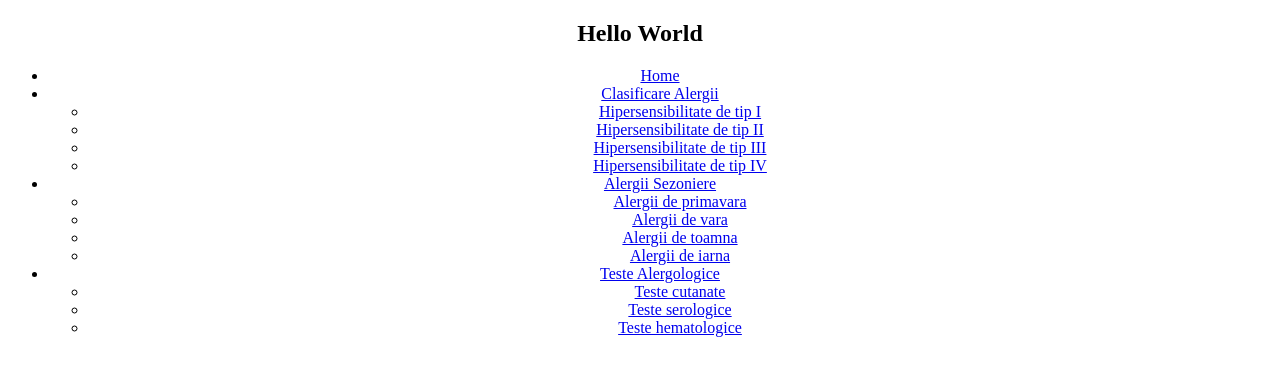
Repository: kytestar39/TicketEventService
Page: http://localhost/Tickets/
These files come from the project's save history. The page is drawn as it stood at one moment and after the next save; the edit follows.
The browser window is 1280 px wide. The pictures show the whole page.
The page is served by Tomcat 9. Other server files are loaded and not shown.

Above is the page before, as saved 2017-05-28 17:43:10.

### Tickets/src/main/webapp/index.jsp
<%@ page language="java" contentType="text/html; charset=ISO-8859-1"

pageEncoding="ISO-8859-1"%>
<!DOCTYPE html PUBLIC "-//W3C//DTD HTML 4.01 Transitional//EN" "http://www.w3.org/TR/html4/loose.dtd">
<html>
<head>
<meta http-equiv="Content-Type" content="text/html; charset=ISO-8859-1">
<title>Spring 4 MVC - HelloWorld Index Page</title>
</head>
<body>

	<center>
		<h2>Hello World</h2>
		<div class="center">
									<ul class="dropDownMenu">
										<li><a href="homeUser.html">Home</a></li>
										<li><a href="#" >Clasificare Alergii</a>
											<ul>
												<li><a href="Clasif-alerg-tip-1.html">Hipersensibilitate de tip I</a></li>
											    <li><a href="Clasif-alerg-tip-2.html">Hipersensibilitate de tip II</a></li>
											    <li><a href="Clasif-alerg-tip-3.html">Hipersensibilitate de tip III</a></li>
												<li><a href="Clasif-alerg-tip-4.html">Hipersensibilitate de tip IV</a></li>
											</ul>
										</li>
										<li><a href="#">Alergii Sezoniere</a>
											<ul>
												<li><a href="#">Alergii de primavara</a></li>
												<li><a href="#">Alergii de vara</a></li>
												<li><a href="#">Alergii de toamna</a></li>
												<li><a href="#">Alergii de iarna</a></li>
											</ul>
										</li>
										<li><a href="#">Teste Alergologice</a>
											<ul>
												<li><a href="#">Teste cutanate</a></li>
												<li><a href="#">Teste serologice</a></li>
												<li><a href="#">Teste hematologice</a></li>
											</ul>
										</li>
									</ul>
								</div>

	</center>
</body>
</html>

After the next save:
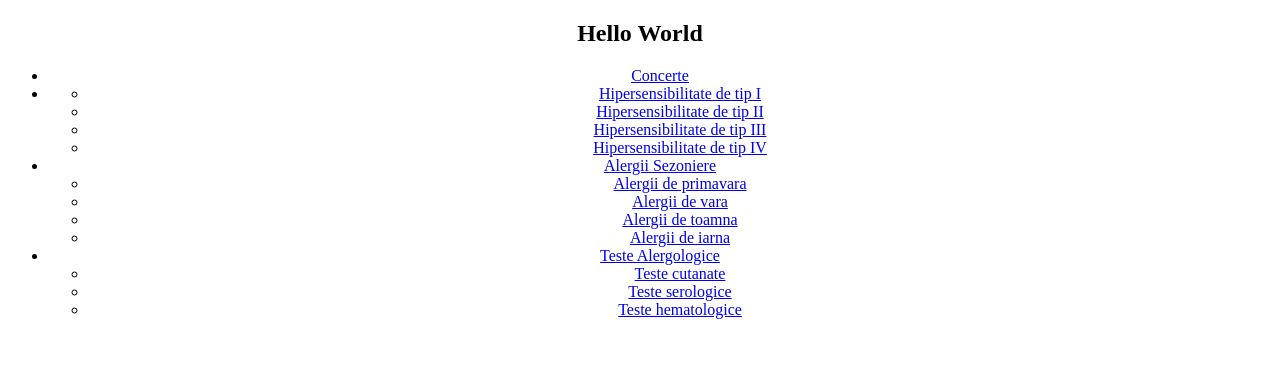
Saved 42 s later.
--- a/Tickets/src/main/webapp/index.jsp
+++ b/Tickets/src/main/webapp/index.jsp
@@ -12,33 +12,33 @@ pageEncoding="ISO-8859-1"%>
 	<center>
 		<h2>Hello World</h2>
 		<div class="center">
-									<ul class="dropDownMenu">
-										<li><a href="homeUser.html">Home</a></li>
-										<li><a href="#" >Clasificare Alergii</a>
-											<ul>
-												<li><a href="Clasif-alerg-tip-1.html">Hipersensibilitate de tip I</a></li>
-											    <li><a href="Clasif-alerg-tip-2.html">Hipersensibilitate de tip II</a></li>
-											    <li><a href="Clasif-alerg-tip-3.html">Hipersensibilitate de tip III</a></li>
-												<li><a href="Clasif-alerg-tip-4.html">Hipersensibilitate de tip IV</a></li>
-											</ul>
-										</li>
-										<li><a href="#">Alergii Sezoniere</a>
-											<ul>
-												<li><a href="#">Alergii de primavara</a></li>
-												<li><a href="#">Alergii de vara</a></li>
-												<li><a href="#">Alergii de toamna</a></li>
-												<li><a href="#">Alergii de iarna</a></li>
-											</ul>
-										</li>
-										<li><a href="#">Teste Alergologice</a>
-											<ul>
-												<li><a href="#">Teste cutanate</a></li>
-												<li><a href="#">Teste serologice</a></li>
-												<li><a href="#">Teste hematologice</a></li>
-											</ul>
-										</li>
-									</ul>
-								</div>
+			<ul class="dropDownMenu">
+				<li><a href="#">Concerte</a></li>
+				<li><a href="#" ></a>
+					<ul>
+						<li><a href="Clasif-alerg-tip-1.html">Hipersensibilitate de tip I</a></li>
+					    <li><a href="Clasif-alerg-tip-2.html">Hipersensibilitate de tip II</a></li>
+					    <li><a href="Clasif-alerg-tip-3.html">Hipersensibilitate de tip III</a></li>
+						<li><a href="Clasif-alerg-tip-4.html">Hipersensibilitate de tip IV</a></li>
+					</ul>
+				</li>
+				<li><a href="#">Alergii Sezoniere</a>
+					<ul>
+						<li><a href="#">Alergii de primavara</a></li>
+						<li><a href="#">Alergii de vara</a></li>
+						<li><a href="#">Alergii de toamna</a></li>
+						<li><a href="#">Alergii de iarna</a></li>
+					</ul>
+				</li>
+				<li><a href="#">Teste Alergologice</a>
+					<ul>
+						<li><a href="#">Teste cutanate</a></li>
+						<li><a href="#">Teste serologice</a></li>
+						<li><a href="#">Teste hematologice</a></li>
+					</ul>
+				</li>
+			</ul>
+		</div>
 
 	</center>
 </body>
